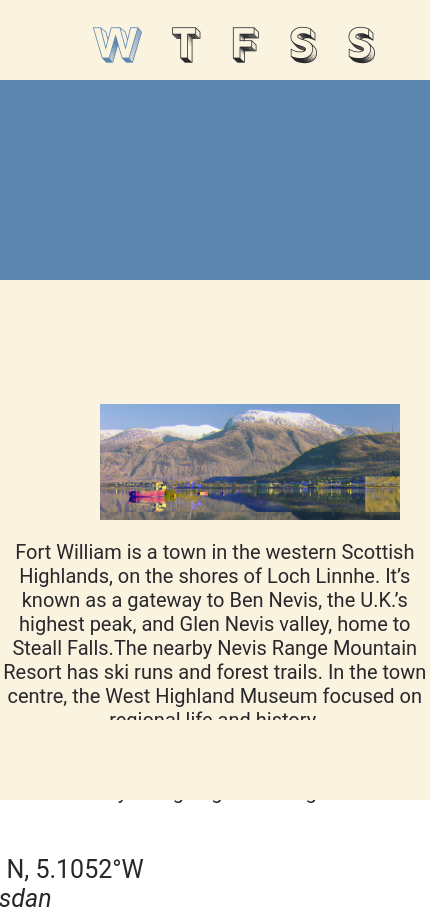
Repository: etak-yram/FINAL-CFG-WEB-DEV
Page: wednesday.html
An editor plug-in stored every save of this project. The page is shown before and after the next save, followed by the edit.
The browser window is 375 px wide. The page is 430 px wide, so the pictures cover 430 px, including what lies to the right of the window. The pictures show the whole page.

Above is the page before, as saved 2022-07-27 12:39:13.

### wednesday.html
<!DOCTYPE html>
<html lang="en">

<style>
    #menu-item-wed {
    color: #5c86af;
}

    #aside-color-w {
    background-color: #5c86af;
}

    #aside-text-wed {
        font-size: 6em;
    }

    #aside-text-wed {
        font-size: 6em;
    }
</style>

<head>
    <meta charset="UTF-8">
    <meta http-equiv="X-UA-Compatible" content="IE=edge">
    <meta name="viewport" content="width=device-width, initial-scale=1.0">
    <link rel="stylesheet" type="text/css" href="style-main.css"/>

    <title>WED</title>
</head>
<body>
        <aside id="aside-color-w">
            <div class="aside-text-h" id="aside-text-wed">
                <h1>Fort<br>William</h1>
            </div>
        </aside>

        <subtext>
            <p class="sub-text">56.8198° N, 5.1052°W<br><em>An Gearasdan</em></p>
        </subtext>

        <header>
            <ul class="navbar">
                <li><a href="/wednesday.html" id="menu-item-wed" class="menu-item">Wed</a></li>
                <li><a href="/thursday.html" id="menu-item-thu" class="menu-item">Thu</a></li>
                <li><a href="/friday.html" id="menu-item-fri" class="menu-item">Fri</a></li>
                <li><a href="/saturday.html" id="menu-item-sat" class="menu-item">Sat</a></li>
                <li><a href="/sunday.html" id="menu-item-sun" class="menu-item">Sun</a></li>
            </ul>
        </header>



        <mobile-header>
            <ul class="mobile-navbar">
                <li><a href="/wednesday.html" id="menu-item-wed" class="menu-item">W</a></li>
                <li><a href="/thursday.html" id="menu-item-thu" class="menu-item">T</a></li>
                <li><a href="/friday.html" id="menu-item-fri" class="menu-item">F</a></li>
                <li><a href="/saturday.html" id="menu-item-sat" class="menu-item">S</a></li>
                <li><a href="/sunday.html" id="menu-item-sun" class="menu-item">S</a></li>
            </ul>
        </mobile-header>



        <main-img>
            <div>
                <img class="home-image" src="/images/Fort William.png">
            </div>
        </main-img>

        <main><p>Fort William is a town in the western Scottish Highlands, on the shores of Loch Linnhe. It’s known as a gateway to Ben Nevis, the U.K.’s highest peak, and Glen Nevis valley, home to Steall Falls.The nearby Nevis Range Mountain Resort has ski runs and forest trails. In the town centre, the West Highland Museum focused on regional life and history.<br><br>
        We will travel through the stunning Glencoe on the way - It's going to be magical ♡</p></main>

        <footer></footer>

        <rightside></rightside>

</html>

### style-main.css
@font-face {
  font-family: halftone;
  src: url("/fonts/MyFontsWebfontsKit/webFonts/RigBoldHalftone/font.woff");
}
@import url('https://fonts.googleapis.com/css2?family=Roboto:wght@100&display=swap');
/* font-family: 'Roboto', sans-serif; */

body, html {
  height: 100vh;
}


body {
  margin: 0;
  display: grid;
  grid-template-columns: 21% 15% 20% 30% 21% ;
  grid-template-rows: 10% auto auto 10%;
  grid-template-areas:
    "sidebar subtext header header aside"
    "sidebar subtext main-img main-img aside"
    "sidebar subtext main main aside"
    "sidebar footer footer footer aside";
}


/* right sidebar */

rightside {
  grid-area: aside;
  background-color:#faf3e0;
}

/* sidebar */
aside {
  grid-area: sidebar;
}

.aside-text-h {
  transform: rotate(-90deg);
  transform-origin:bottom right;
  padding-top: 100px;
}

.aside-text-h h1 {
  font-family: halftone;
  color: #28282B;
  line-height: 130px;
}

/* subtext */

subtext {
  grid-area: subtext;
  background-color:#faf3e0;
}

.sub-text {
  font-family: 'Roboto', sans-serif;
  color:#28282B;
  font-size: 25px;
  transform: rotate(-90deg);
  transform-origin:bottom;
  padding-top: 550px;
  margin-left: -100px;
}


/* navbar */



header {
  grid-area: header;
  background-color:#faf3e0;
}


.navbar {
  display: flex;
  list-style: none;
  justify-content: center;
  justify-items: center;

}

.navbar a {
  font-family: halftone;
  text-decoration: none;
  color: #28282B;
  font-size: 4rem;
  padding: 20px;
}

#menu-item-wed:hover {
	color: #5c86af;
}
#menu-item-thu:hover {
	color: #ff914d;
}
#menu-item-fri:hover {
	color: #ffde59;
}
#menu-item-sat:hover {
	color: #03989e;
}
#menu-item-sun:hover {
	color: #b071c2;
}

/* main image  */

main-img {
  grid-area: main-img;
  background-color:#faf3e0;
  display: flex;
  align-items: center;
  padding-left: 100px;
  padding-top: 100px;
}

.home-image {
  width: 800px;
}


/* paragraph of info */
main {
  grid-area: main;
  background-color: #faf3e0;
  text-align: center;
}

main p {
  font-family: 'Roboto', sans-serif;
  color:#28282B;
  font-size: 20px;
}


/* footer */
footer {
  grid-area: footer;
  background-color:#faf3e0;
}





























/* Media Queries */

/* Extra small devices (phones, 600px and down) */
@media only screen and (max-width: 600px) {

  body {
    margin: 0;
    display: grid;
    grid-template-columns: 1fr;
    grid-template-rows: 10% 25% 10% 20% 25% 10%;
    grid-template-areas:
      "header"
      "sidebar"
      "subtext"
      "main-img"
      "main"
      "footer";
  }

  header {
    display: none;
    padding: none;
  }

  mobile-header {
    grid-area: header;
    background-color:#faf3e0;
  }


  .mobile-navbar {
    display: flex;
    list-style: none;
    justify-content: center;
    justify-items: center;

  }

  .mobile-navbar a {
    font-family: halftone;
    text-decoration: none;
    color: #28282B;
    font-size: 3rem;
    padding: 15px;

  }


/* sidebar */
aside {
  grid-area: sidebar;
}


.aside-text-h h1 {
  font-family: halftone;
  color: #28282B;
  font-size: 1em;
}


.aside-text-h {
  transform: none;
  transform-origin:none;
}


/* subtext */

subtext {
  grid-area: subtext;
  background-color:#faf3e0;
}

.sub-text {
  font-family: 'Roboto', sans-serif;
  color:#28282B;
  font-size: 25px;
  transform: none;

}





/* main image  */

main-img {
  grid-area: main-img;
  background-color:#faf3e0;
  display: flex;
  align-items: center;
}

.home-image {
  width: 80vw;
}


/* paragraph of info */
main {
  grid-area: main;
  background-color: #faf3e0;
  text-align: center;
}

main p {
  font-family: 'Roboto', sans-serif;
  color:#28282B;
  font-size: 20px;
}


/* footer */
footer {
  grid-area: footer;
  background-color:#faf3e0;
}


  }

/* Small devices (portrait tablets and large phones, 600px and up) */
@media only screen and (min-width: 600px) {}
/* Medium devices (landscape tablets, 768px and up) */
@media only screen and (min-width: 768px) {}

/* Large devices (laptops/desktops, 992px and up) */
@media only screen and (min-width: 992px) {
  mobile-header {
    display: none;
  }
}

/* Extra large devices (large laptops and desktops, 1200px and up) */
@media only screen and (min-width: 1200px) {
  mobile-header {
    display: none;
  }
}

After the next save:
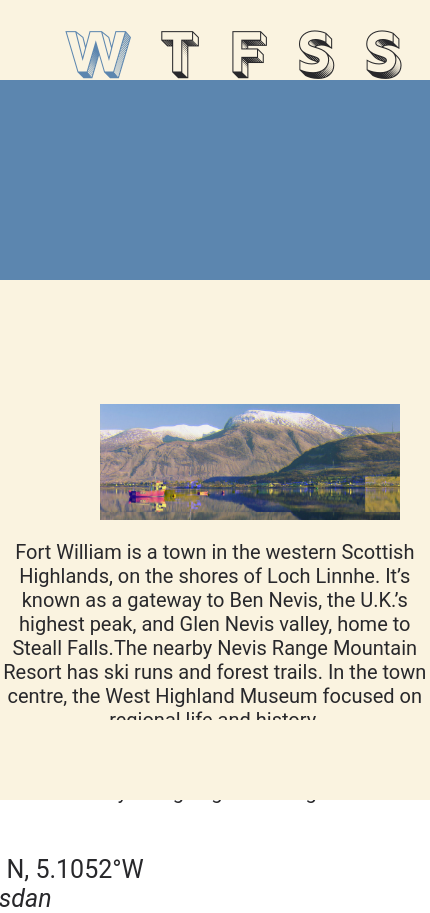
Saved 11 s later.
--- a/style-main.css
+++ b/style-main.css
@@ -213,7 +213,7 @@ footer {
     font-family: halftone;
     text-decoration: none;
     color: #28282B;
-    font-size: 3rem;
+    font-size: 4rem;
     padding: 15px;
 
   }
